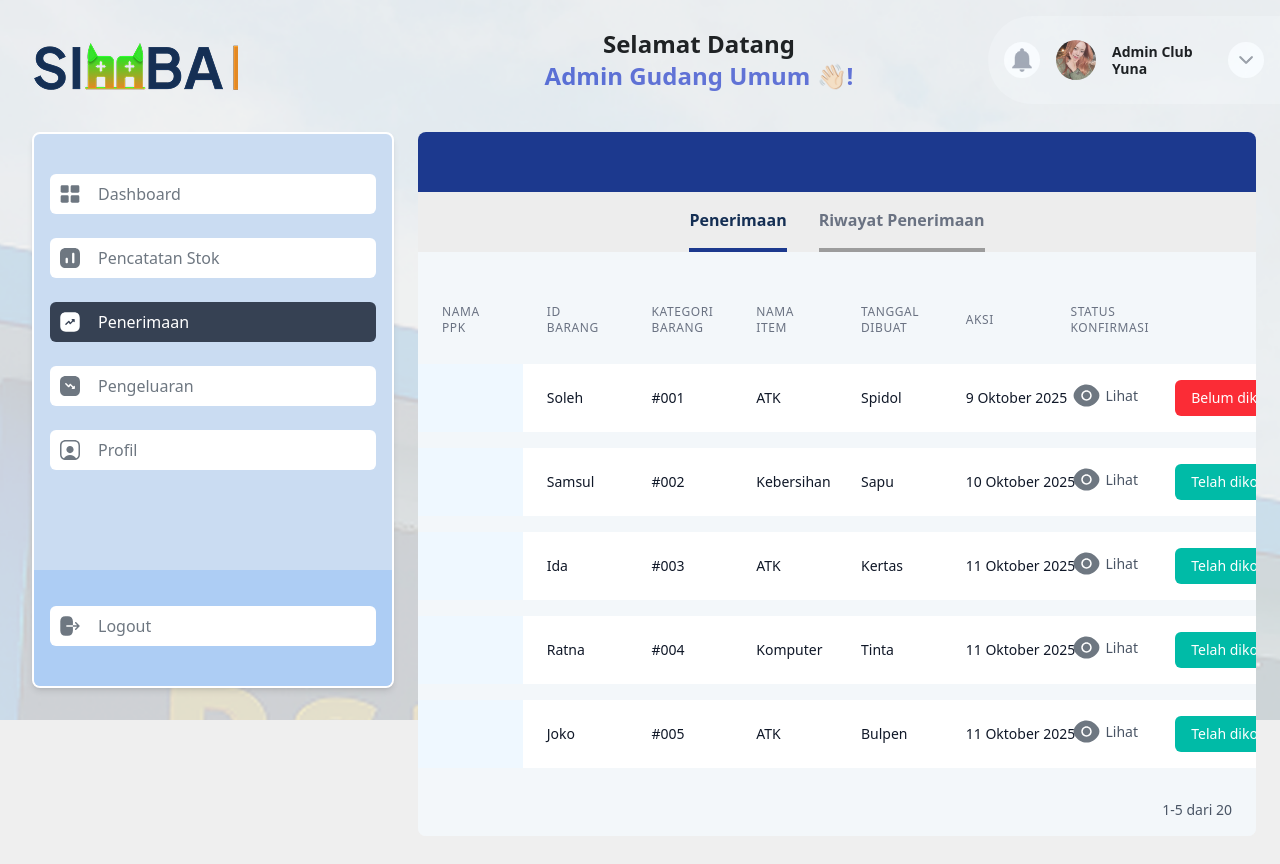
Repository: Gokerwow/inventory-fe
Page: /penerimaan
The author's editor kept a copy of each file at every save. The page is drawn from the files as they stood at one save, then again after the next save.
The browser window is 1280 px wide. The pictures show the whole page.
The project was rebuilt for these pictures with package versions that can differ from the ones it lists, and the page was loaded fresh each time. Also part of the build but not shown: vite.config.ts, src/components/categoryBarChart.tsx, src/components/lineChart.tsx, src/pages/dashboard.tsx, src/pages/stokBarang.tsx, src/pages/pengeluaran.tsx, src/pages/profil.tsx.

Above is the page before, as saved 2025-10-14 18:53:20.

After the next save:
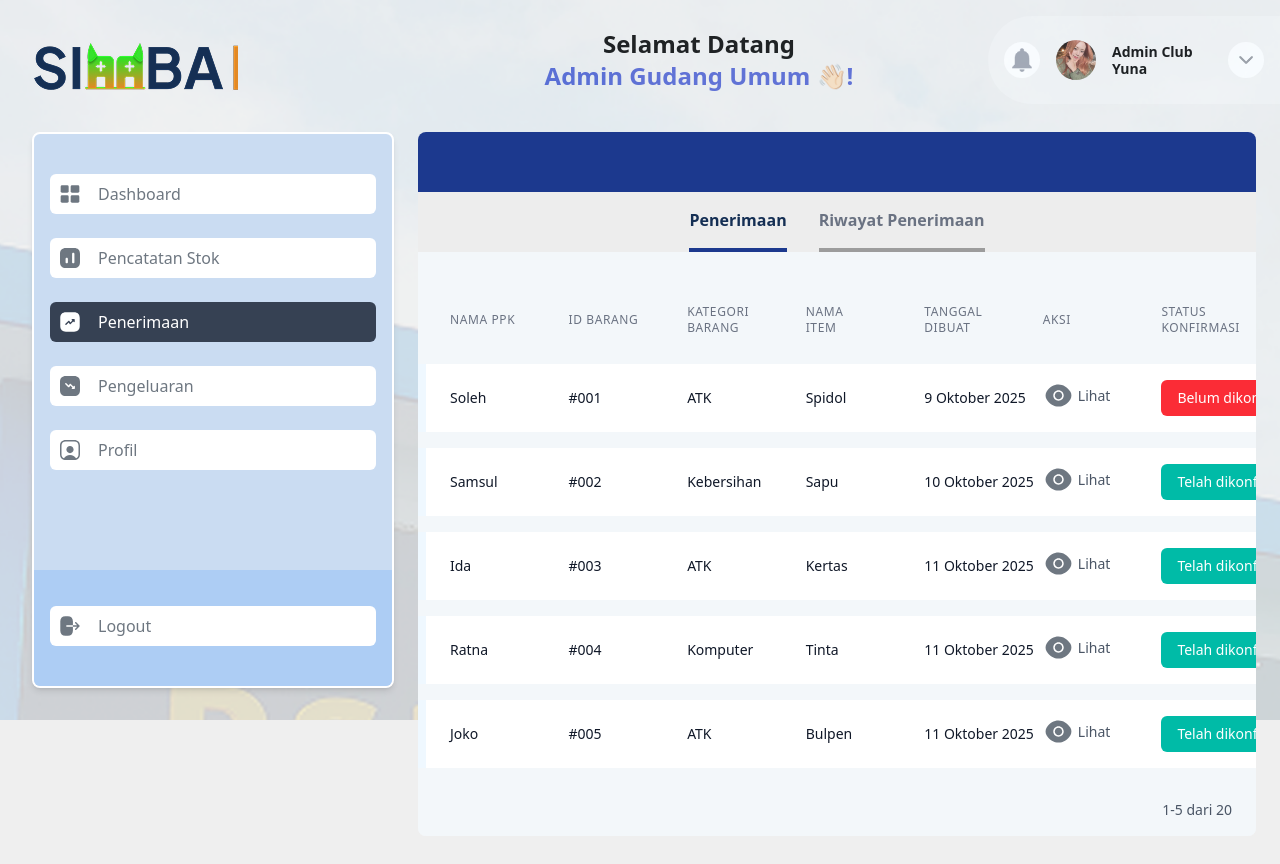
Saved 75 s later.
--- a/src/pages/penerimaan.tsx
+++ b/src/pages/penerimaan.tsx
@@ -91,6 +91,7 @@ export default function Penerimaan() {
                     <table className="w-full mx-auto bg-[#F3F7FA] table-fixed border-separate border-spacing-y-4">
                         <thead className="">
                             <tr>
+                                <th className="w-2"></th>
                                 <th className="px-6 py-3 text-left text-xs font-medium text-gray-500 uppercase tracking-wider">
                                     Nama PPK
                                 </th>
